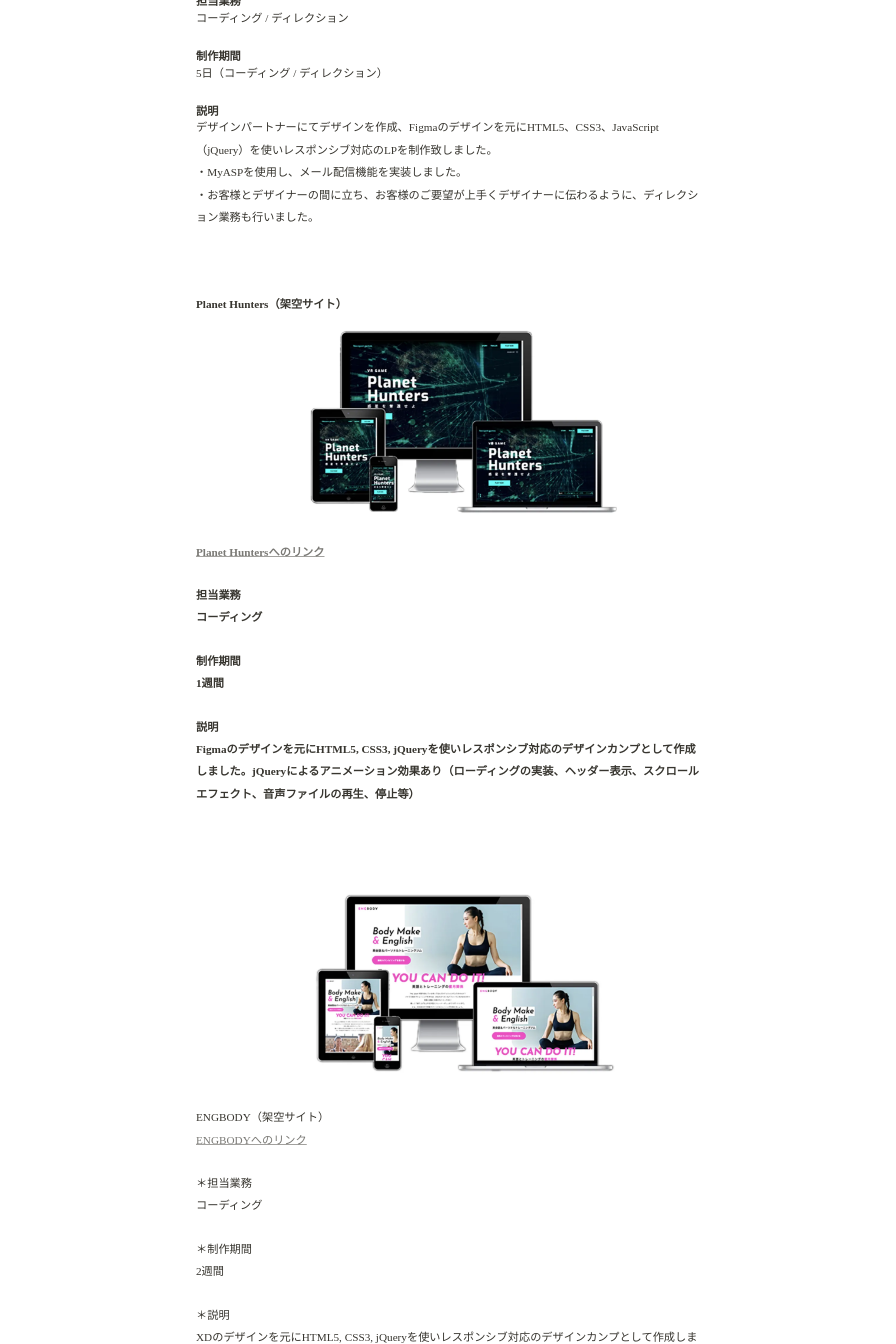
Repository: tetishi/my-portfolio
Page: index.html
These files come from the project's save history. The page is drawn as it stood at one moment and after the next save; the edit follows.
The browser window is 1280 px wide. The pictures show the part of the page from y = 3441 to 5361 px (the page is 11501 px tall), at 70% of full size.
The style sheet was rebuilt from its Sass, Less or Tailwind sources for each picture, by a compiler version that may differ from the author's.

Above is the page before, as saved 2024-05-19 15:48:31.

### index.html
<!DOCTYPE html>
<html lang="ja">

<head>
    <meta name="robots" content="noindex">
    <meta charset="UTF-8">
    <meta name="viewport" content="width=device-width, initial-scale=1.0">
    <meta http-equiv="X-UA-Compatible" content="ie=edge">
    <meta property="og:title" content="石田哲朗のポートフォリオ" />
    <meta property="og:type" content="website" />
    <meta property="og:url" content="http://tetsuroishida.com/" />
    <meta property="og:image" content="#" />
    <meta property="og:site_name" content="ポートフォリオ" />
    <meta property="og:description" content="石田哲朗のポートフォリオです。過去の作品、スキル、使用ツール、自己紹介を掲載しております。" />
    <title>石田哲朗のポートフォリオ</title>
    <link rel="stylesheet" href="reset.css">
    <link rel="stylesheet" href="style.css">
    <link rel="icon" href="img/favicon.ico">
</head>

<body>
    <header class="header">
        <div class="header-inner">
            <h1 class="logo">
                <a href="/">
                    <img class="logo_img" src="img/favicon.png" alt="">
                </a>
            </h1>
            <nav class="header-nav">
                <ul class="header-ul">
                    <li class="header-li">
                        <a href="#">過去の作品</a>
                    </li>
                    <li class="header-li">
                        <a href="#">スキル</a>
                    </li>
                    <li class="header-li">
                        <a href="#">使用ツール</a>
                    </li>
                    <li class="header-li">
                        <a href="#">私について</a>
                    </li>
                </ul>
            </nav>
            <button class="mobile-menu_btn">
                <span></span>
                <span></span>
                <span></span>
            </button>
            <div class="mobile-header">
                <nav class="mobile-header_nav">
                    <ul class="mobile-header_ul">
                        <li class="mobile-header_li">
                            <a href="#">過去の作品</a>
                        </li>
                        <li class="mobile-header_li">
                            <a href="#">スキル</a>
                        </li>
                        <li class="mobile-header_li">
                            <a href="#">使用ツール</a>
                        </li>
                        <li class="mobile-header_li">
                            <a href="#">私について</a>
                        </li>
                    </ul>
                </nav>
            </div>
        </div>
    </header>

    <main>

        <section>
            <!-- ここ記入 -->
            <h1>ポートフォリオ<br class="d-none">（石田 哲朗）</h1>
            <p>お忙しい中 ご覧頂きありがとうございます。</p>
            <p>以下、過去の作品でございます。</p>
            <!-- ここ記入 -->
            <!-- <p>ベーシック認証がかかっているものは<br>ID aaa<br>パスワード aaa<br> です。</p> -->
        </section>
        <section>

            <h2>過去の作品</h2>
            <h3 class="sub-tit">LP作成</h3>

            <!-- １作品目 -->
            <div class="work">
                <!-- ここ記入 -->
                <h3 class="work_tit">UNIVERSAL HOLDINGS様／山中湖オリオン</h3>

                <!-- サイトのイメージ写真を入れます -->
                <a class="work_img-link" target="_blank" href="https://orion.universalholdings.jp/">
                    <picture>
                        <source srcset="img/universal-holdings@2x.webp" type="image/webp">
                        <img src="img/universal-holdings@2x.png">
                    </picture>
                </a>
                <p>
                    UNIVERSAL HOLDINGS様の貸別荘ビジネス「山中湖オリオン」についてのLP（ランディングページ）を制作致しました。<br>
                    「山中湖オリオン」は優れた強固な構造が特徴で、長期の運用が可能なフィンランドログを使用した貸別荘です。<br>
                </p>
                <h3 class="details">サイトへのリンク</h3>
                <!-- ここ記入 -->
                <p class="work_link"><a target="_blank" rel="noopener noreferrer" href="https://orion.universalholdings.jp/">UNIVERSAL HOLDINGS様／山中湖オリオンのLPへのリンク</a></p>
                <p class="work_link"><a target="_blank" rel="noopener noreferrer" href="https://orion-salon.universalholdings.jp/">UNIVERSAL HOLDINGS様／山中湖オリオン ABテスト用LPへのリンク</a></p>

                <h3 class="details">担当業務</h3>
                <p>コーディング / WordPress</p>
                <h3 class="details">サイトの目的</h3>
                <p>共同事業パートナーの募集 / 事業の認知</p>
                <h3 class="details">制作期間</h3>
                <!-- ここ記入 -->
                <p>約5日（コーディング / WordPress）</p>
                <h3 class="details">説明</h3>
                <!-- ここ記入 -->
                <p>
                    UNIVERSAL HOLDINGS様の貸別荘ビジネス「山中湖オリオン」についてのLP（ランディングページ）を制作致しました。<br>
                    「山中湖オリオン」は優れた強固な構造が特徴で、長期の運用が可能なフィンランドログを使用した貸別荘です。<br>
                    デザインパートナーにてデザインを作成、Photoshopのデザインを元にHTML5, CSS3, JavaScript(jQuery)を使用しLPをコーディング、WordPress化致しました。<br>
                    ・ユーザーにとってクリックしやすくなるように、ボタンは光るようにコーディングしております。<br>
                    ・ABテスト用に一部異なるデザインのLPも制作致しました。
                </p>
            </div>


            <!-- 2作品目 -->
            <div class="work">
                <!-- ここ記入 -->
                <h3 class="work_tit">合同会社シュアーズ様／AIオートメーションシステムのLP</h3>

                <!-- サイトのイメージ写真を入れます -->
                <a class="work_img-link" target="_blank" href="https://sedori-go.com/automation-b/">
                    <picture>
                        <source srcset="img/automation-b@2x.webp" type="image/webp">
                        <img src="img/automation-b@2x.png">
                    </picture>
                </a>
                <!-- ここ記入 -->
                <p>
                    合同会社シュアーズ様のAIオートメーションシステムについてのLP（ランディングページ）を制作致しました。<br>
                    平凡なサラリーマンがネット販売で独立を叶え、起業初年度に「1億円」を叶えた特効薬（秘密）を初公開しております。
                </p>

                <h3 class="details">サイトへのリンク</h3>
                <p class="work_link"><a target="_blank" rel="noopener noreferrer" href="https://sedori-go.com/automation-b/">AIオートメーションシステムのLPへのリンク</a></p>

                <h3 class="details">担当業務</h3>
                <p>コーディング / ディレクション</p>

                <h3 class="details">サイトの目的</h3>
                <p>サービスの認知 / 新規クライアントの獲得</p>

                <h3 class="details">制作期間</h3>
                <!-- ここ記入 -->
                <p>5日（コーディング / ディレクション）</p>

                <h3 class="details">説明</h3>
                <!-- ここ記入 -->
                <p>デザインパートナーにてデザインを作成、Figmaのデザインを元にHTML5、CSS3、JavaScript（jQuery）を使いレスポンシブ対応のLPを制作致しました。<br>
                    ・MyASPを使用し、メール配信機能を実装しました。<br>
                    ・お客様とデザイナーの間に立ち、お客様のご要望が上手くデザイナーに伝わるように、ディレクション業務も行いました。
                </p>
            </div>

            <!-- 3作品目 -->
            <div class="work">
                <h3 class="work_tit">合同会社シュアーズ様／AIオートメーションのLP</h3>

                <!-- サイトのイメージ写真を入れます -->
                <a class="work_img-link" target="_blank" href="https://sedori-go.com/automationlp/">
                    <picture>
                        <source srcset="img/automation-a@2x.webp" type="image/webp">
                        <img src="img/automation-a@2x.png">
                    </picture>
                </a>
                <!-- ここ記入 -->
                <p>
                    合同会社シュアーズ様のAIオートメーションシステムについてのLP（ランディングページ）を制作致しました。<br>
                    自分でリサーチしない、勝手に利益商品をみつけてくれるAIオートメーションシステムです。
                </p>

                <h3 class="details">サイトへのリンク</h3>
                <p class="work_link"><a target="_blank" rel="noopener noreferrer" href="https://sedori-go.com/automationlp/">AIオートメーションのLPへのリンク</a></p>

                <h3 class="details">担当業務</h3>
                <p>コーディング / ディレクション</p>

                <h3 class="details">制作期間</h3>
                <!-- ここ記入 -->
                <!-- <p>11日（6日デザイン、5日コーディング）</p> -->
                <p>5日（コーディング / ディレクション）</p>

                <h3 class="details">説明</h3>
                <!-- ここ記入 -->
                <p>デザインパートナーにてデザインを作成、Figmaのデザインを元にHTML5、CSS3、JavaScript（jQuery）を使いレスポンシブ対応のLPを制作致しました。<br>
                    ・MyASPを使用し、メール配信機能を実装しました。<br>
                    ・お客様とデザイナーの間に立ち、お客様のご要望が上手くデザイナーに伝わるように、ディレクション業務も行いました。
                </p>
            </div>

            <!-- 4作品目 -->
            <div class="work">
                <!-- ここ記入 -->
                <h3 class="work_tit">Planet Hunters（架空サイト）</p>

                <!-- サイトのイメージ写真を入れます -->
                <picture>
                    <source srcset="img/planet-hunters@2x.webp" type="image/webp">
                    <img src="img/planet-hunters@2x.png">
                </picture>
                <!-- ここ記入 -->
                <p class="work_link"><a target="_blank" rel="noopener noreferrer" href="https://tetishi.github.io/planet-hunters/">Planet Huntersへのリンク</a></p>
                <p class="details">担当業務</p>
                <p>コーディング</p>
                <p class="details">制作期間</p>
                <!-- ここ記入 -->
                <p>1週間</p>
                <p class="details">説明</p>
                <!-- ここ記入 -->
                <p>Figmaのデザインを元にHTML5, CSS3, jQueryを使いレスポンシブ対応のデザインカンプとして作成しました。jQueryによるアニメーション効果あり（ローディングの実装、ヘッダー表示、スクロールエフェクト、音声ファイルの再生、停止等）</p>
            </div>

            <!-- 5作品目 -->
            <div class="work">
                <!-- サイトのイメージ写真を入れます -->
                <picture>
                    <source srcset="img/engbody@2x.webp" type="image/webp">
                    <img src="img/engbody@2x.png">
                </picture>
                <!-- ここ記入 -->
                <p class="work_tit">ENGBODY（架空サイト）</p>
                <!-- ここ記入 -->
                <p class="work_link"><a target="_blank" rel="noopener noreferrer" href="https://tetishi.github.io/engbody/">ENGBODYへのリンク</a></p>
                <p class="details">＊担当業務</p>
                <p>コーディング</p>
                <p class="details">＊制作期間</p>
                <!-- ここ記入 -->
                <p>2週間</p>
                <p class="details">＊説明</p>
                <!-- ここ記入 -->
                <p>XDのデザインを元にHTML5, CSS3, jQueryを使いレスポンシブ対応のデザインカンプとして作成しました。jQueryによるアニメーション効果あり（ヘッダー表示、背景色のアニメーション、スクロールエフェクト、タブ、スライダー、アコーディオン、ページ内横スクロール等）モバイルファーストによるコーディングを実施しました。</p>
            </div>

            <!-- 　6作品目 -->
            <div class="work">
                <!-- サイトのイメージ写真を入れます -->
                <picture>
                    <source srcset="img/cresta-design@2x.webp" type="image/webp">
                    <img src="img/cresta-design@2x.png">
                </picture>
                <!-- ここ記入 -->
                <p class="work_tit">Cresta Design（架空サイト）</p>
                <!-- ここ記入 -->
                <p class="work_link"><a target="_blank" rel="noopener noreferrer" href="https://tetishi.github.io/cresta-design/">Cresta Designへのリンク</a></p>
                <p class="details">＊担当業務</p>
                <p>コーディング</p>
                <p class="details">＊制作期間</p>
                <!-- ここ記入 -->
                <p>2週間</p>
                <p class="details">＊説明</p>
                <!-- ここ記入 -->
                <p>XDのデザインを元にHTML5, CSS3, jQueryを使いレスポンシブ対応のデザインカンプとして作成しました。jQueryによるアニメーション効果あり（ハンバーガーメニュー、ページ内スクロールボタン）</p>
            </div>

            <!-- 　7作品目 -->
            <div class="work">
                <!-- サイトのイメージ写真を入れます -->
                <picture>
                    <source srcset="img/wdc@2x.webp" type="image/webp">
                    <img src="img/wdc@2x.png">
                </picture>
                <!-- ここ記入 -->
                <p class="work_tit">WDC（架空サイト）</p>
                <!-- ここ記入 -->
                <p class="work_link"><a target="_blank" rel="noopener noreferrer" href="https://tetishi.github.io/wdc/">WDCへのリンク</a></p>
                <p class="details">＊担当業務</p>
                <p>コーディング</p>
                <p class="details">＊制作期間</p>
                <!-- ここ記入 -->
                <p>2週間</p>
                <p class="details">＊説明</p>
                <!-- ここ記入 -->
                <p>XDのデザインを元にHTML5, CSS3, jQueryを使いレスポンシブ対応のデザインカンプとして作成しました。jQueryによるアニメーション効果あり（ページ内スクロールボタン、トップに戻るボタン）</p>
            </div>

            <!-- 　8作品目 -->
            <div class="work">
                <!-- サイトのイメージ写真を入れます -->
                <picture>
                    <source srcset="img/munchkin@2x.webp" type="image/webp">
                    <img src="img/munchkin@2x.png">
                </picture>
                <!-- ここ記入 -->
                <p class="work_tit">MUNCHKIN（架空サイト）</p>
                <!-- ここ記入 -->
                <p class="work_link"><a target="_blank" rel="noopener noreferrer" href="https://tetishi.github.io/munchkin2/">MUNCHKINへのリンク</a></p>
                <p class="details">＊担当業務</p>
                <p>コーディング</p>
                <p class="details">＊制作期間</p>
                <!-- ここ記入 -->
                <p>1週間</p>
                <p class="details">＊説明</p>
                <!-- ここ記入 -->
                <p>XDのデザインを元にHTML5, CSS3, jQueryを使いレスポンシブ対応のデザインカンプとして作成しました。jQueryによるアニメーション効果あり（ハンバーガーメニュー、スクロールボタン）</p>
            </div>


            <h3 class="sub-tit">コーポレイトサイト作成</h3>
            <!-- 　1作品目 -->
            <div class="work">
                <!-- サイトのイメージ写真を入れます -->
                <picture>
                    <source srcset="img/pon-design@2x.webp" type="image/webp">
                    <img src="img/pon-design@2x.png">
                </picture>
                <!-- ここ記入 -->
                <p class="work_tit">PON DESIGN（架空サイト）</p>
                <!-- ここ記入 -->
                <p class="work_link"><a target="_blank" rel="noopener noreferrer" href="https://tetishi.github.io/pon-design/">PON DESIGNへのリンク</a></p>
                <p class="details">＊担当業務</p>
                <p>コーディング</p>
                <p class="details">＊制作期間</p>
                <!-- ここ記入 -->
                <p>約18日</p>
                <p class="details">＊説明</p>
                <!-- ここ記入 -->
                <p>XDのデザインを元にHTML5, CSS3, jQueryを使いレスポンシブ対応のデザインカンプとして作成しました。jQueryによるアニメーション効果あり（ハンバーガーメニュー、スライダー等）</p>
            </div>


            <!-- 　2作品目 -->
            <div class="work">
                <!-- サイトのイメージ写真を入れます -->
                <picture>
                    <source srcset="img/start@2x.webp" type="image/webp">
                    <img src="img/start@2x.png">
                </picture>
                <!-- ここ記入 -->
                <p class="work_tit">START（架空サイト）</p>
                <!-- ここ記入 -->
                <p class="work_link"><a target="_blank" rel="noopener noreferrer" href="https://tetishi.github.io/">STARTへのリンク</a></p>
                <p class="details">＊担当業務</p>
                <p>コーディング</p>
                <p class="details">＊制作期間</p>
                <!-- ここ記入 -->
                <p>1週間</p>
                <p class="details">＊説明</p>
                <!-- ここ記入 -->
                <p>XDのデザインを元にHTML5, CSS3, jQueryを使いレスポンシブ対応のデザインカンプとして作成しました。jQueryによるアニメーション効果あり（ハンバーガーメニュー）</p>
            </div>

            <!-- <div class="work"> -->
                <!-- サイトのイメージ写真を入れます -->
                <!-- <picture>
                    <source srcset="img/#" type="image/webp">
                    <img src="img/#">
                </picture> -->
                <!-- ここ記入 -->
                <!-- <p class="work_tit">ここに作品のタイトルを入れます</p> -->
                <!-- ここ記入 -->
                <!-- <p class="work_link"><a target="_blank" rel="noopener noreferrer" href="#">ここにリンクを入れます</a></p>
                <p class="details">＊担当業務</p>
                <p>コーディング</p>
                <p class="details">＊制作期間</p> -->
                <!-- ここ記入 -->
                <!-- <p>○週間</p>
                <p class="details">＊説明</p> -->
                <!-- ここ記入 -->
                <!-- <p>ここに説明文を入れます</p>
            </div> -->


        </section>
        <section>
            <h2>スキル</h2>
            <h3 class="info-tit">使用言語</h3>
            <p>HTML / CSS / Sass / Javascript / SEO / PHP</p>
            <h3 class="info-tit">フレ-ムワーク</h3>
            <p>jQuery / WordPress</p>
        </section>
        <section>
            <h2>使用ツール</h2>
            <h3 class="info-tit">エディター</h3>
            <p>Visual Studio Code</p>
            <h3 class="info-tit">テストサーバー</h3>
            <p>シン・クラウド for Free / エックスフリー</p>
            <h3 class="info-tit">バージョン管理ツール</h3>
            <p>GitHub</p>
            <h3 class="info-tit">連絡ツール</h3>
            <p>slack / Chatwork</p>
        </section>
        <section>
            <h2>私について</h2>
            <!-- 自分の写真を入れます -->
            <picture>
                <source srcset="img/myself.webp" type="image/webp">
                <img class="people" src="img/myself.jpeg">
            </picture>
            <!-- <img class="people" src="img/myself.jpeg"> -->
            <h3 class="info-tit">名前</h3>
            <!-- ここ記入 -->
            <p>石田 哲朗</p>
            <h3 class="info-tit">生年月日</h3>
            <!-- ここ記入 -->
            <p>1992年11月12日</p>
            <h3 class="info-tit">出身</h3>
            <!-- ここ記入 -->
            <p>奈良県</p>
            <h3 class="info-tit">経歴</h3>
            <!-- ここ記入 -->
            <ul class="carrier-list">
                <li class="carrier-item">
                    <p class="carrier-year">2015</p>
                    <p class="carrier-content">大阪の大学を経済学部で卒業</p>
                </li>
                <li class="carrier-item">
                    <p class="carrier-year">2015 - 2017</p>
                    <p class="carrier-content">アメリカ、ロサンゼルスの語学学校で英語を学ぶ</p>
                </li>
                <li class="carrier-item">
                    <p class="carrier-year">2017 - 2019</p>
                    <p class="carrier-content">カリフォルニア州オークランドにあるLaney Collegeにてコンピュータプログラミング専攻し卒業</p>
                </li>
                <li class="carrier-item">
                    <p class="carrier-year">2019</p>
                    <p class="carrier-content">フリーランスのWebエンジニアとして活動</p>
                </li>
                <li class="carrier-item">
                    <p class="carrier-year">2019 - 2020</p>
                    <p class="carrier-content">プログラミングスクールにてRuby on Ralisなどを学び実際に業務としてWeb開発を実施</p>
                </li>
                <li class="carrier-item">
                    <p class="carrier-year">2021 ~ 2023</p>
                    <p class="carrier-content">ネットワークエンジニアとして勤務</p>
                </li>
                <li class="carrier-item">
                    <p class="carrier-year">2022 ~ 現在</p>
                    <p class="carrier-content">フリーランスのWebエンジニアとして活動中</p>
                </li>
            </ul>
        </section>



    </main>

    <footer class="footer">
        <div class="footer-copyright">
            <p>
                © 2023 Tetsuro Ishida's portfolio All rights reserved
            </p>
        </div>
    </footer>

</body>

</html>

### reset.css
/*
html5doctor.com Reset Stylesheet
v1.6.1
Last Updated: 2010-09-17
Author: Richard Clark - http://richclarkdesign.com
Twitter: @rich_clark
*/

html,
body,
div,
span,
object,
iframe,
h1,
h2,
h3,
h4,
h5,
h6,
p,
blockquote,
pre,
abbr,
address,
cite,
code,
del,
dfn,
em,
img,
ins,
kbd,
q,
samp,
small,
strong,
sub,
sup,
var,
b,
i,
dl,
dt,
dd,
ol,
ul,
li,
fieldset,
form,
label,
legend,
table,
caption,
tbody,
tfoot,
thead,
tr,
th,
td,
article,
aside,
canvas,
details,
figcaption,
figure,
footer,
header,
hgroup,
menu,
nav,
section,
summary,
time,
mark,
audio,
video {
    margin: 0;
    padding: 0;
    border: 0;
    outline: 0;
    font-size: 100%;
    vertical-align: baseline;
    background: transparent;
}

body {
    line-height: 1;
}

article,
aside,
details,
figcaption,
figure,
footer,
header,
hgroup,
menu,
nav,
section {
    display: block;
}

nav ul {
    list-style: none;
}

blockquote,
q {
    quotes: none;
}

blockquote:before,
blockquote:after,
q:before,
q:after {
    content: '';
    content: none;
}

a {
    margin: 0;
    padding: 0;
    font-size: 100%;
    vertical-align: baseline;
    background: transparent;
}


/* change colours to suit your needs */

ins {
    background-color: #ff9;
    color: #000;
    text-decoration: none;
}


/* change colours to suit your needs */

mark {
    background-color: #ff9;
    color: #000;
    font-style: italic;
    font-weight: bold;
}

del {
    text-decoration: line-through;
}

abbr[title],
dfn[title] {
    border-bottom: 1px dotted;
    cursor: help;
}

table {
    border-collapse: collapse;
    border-spacing: 0;
}


/* change border colour to suit your needs */

hr {
    display: block;
    height: 1px;
    border: 0;
    border-top: 1px solid #cccccc;
    margin: 1em 0;
    padding: 0;
}

input,
select {
    vertical-align: middle;
}


/*end reset css*/

Loaded but not shown: style.scss (210 lines, source omitted)

After the next save:
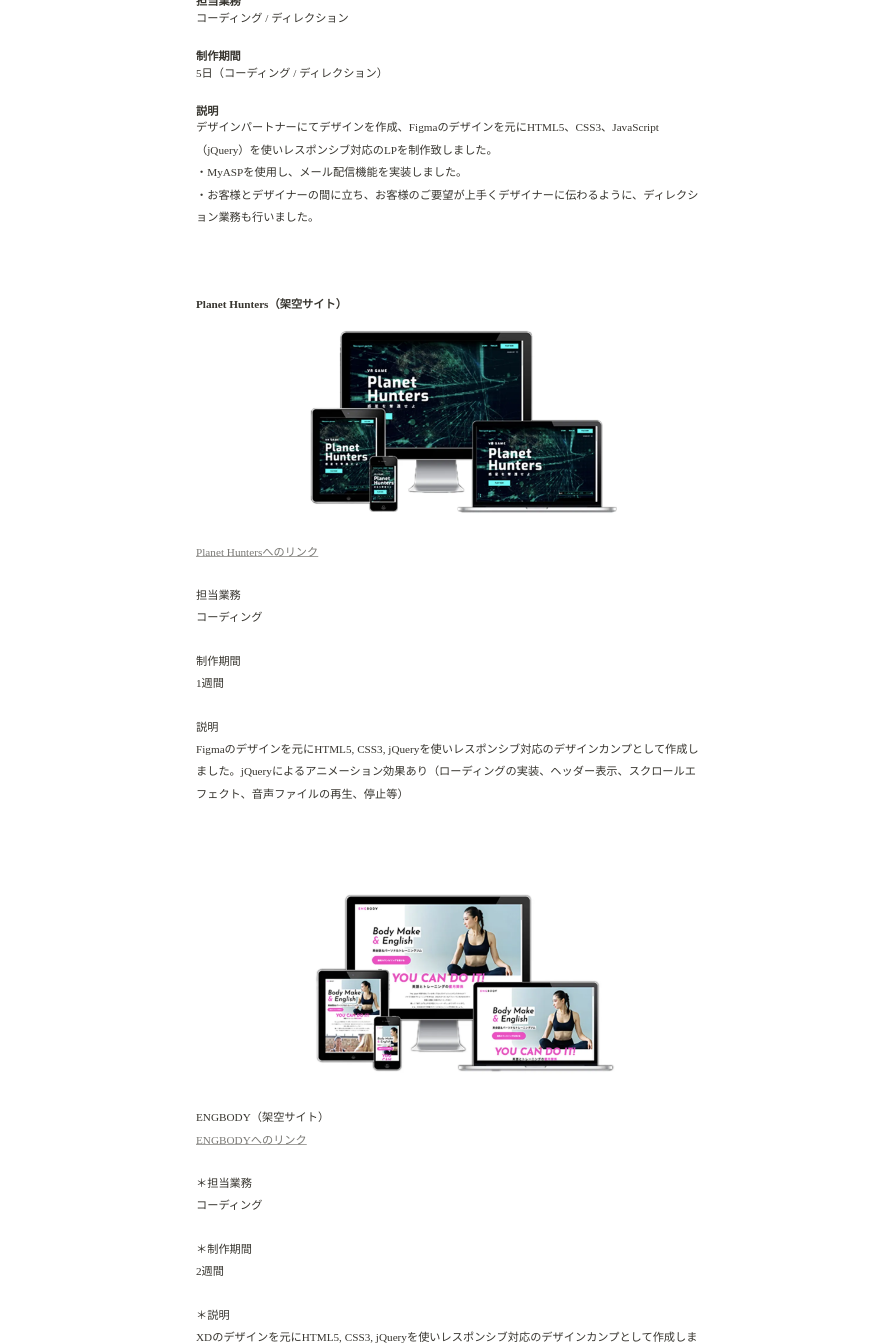
Saved 4 s later.
--- a/index.html
+++ b/index.html
@@ -201,7 +201,7 @@
             <!-- 4作品目 -->
             <div class="work">
                 <!-- ここ記入 -->
-                <h3 class="work_tit">Planet Hunters（架空サイト）</p>
+                <h3 class="work_tit">Planet Hunters（架空サイト）</h3>
 
                 <!-- サイトのイメージ写真を入れます -->
                 <picture>
